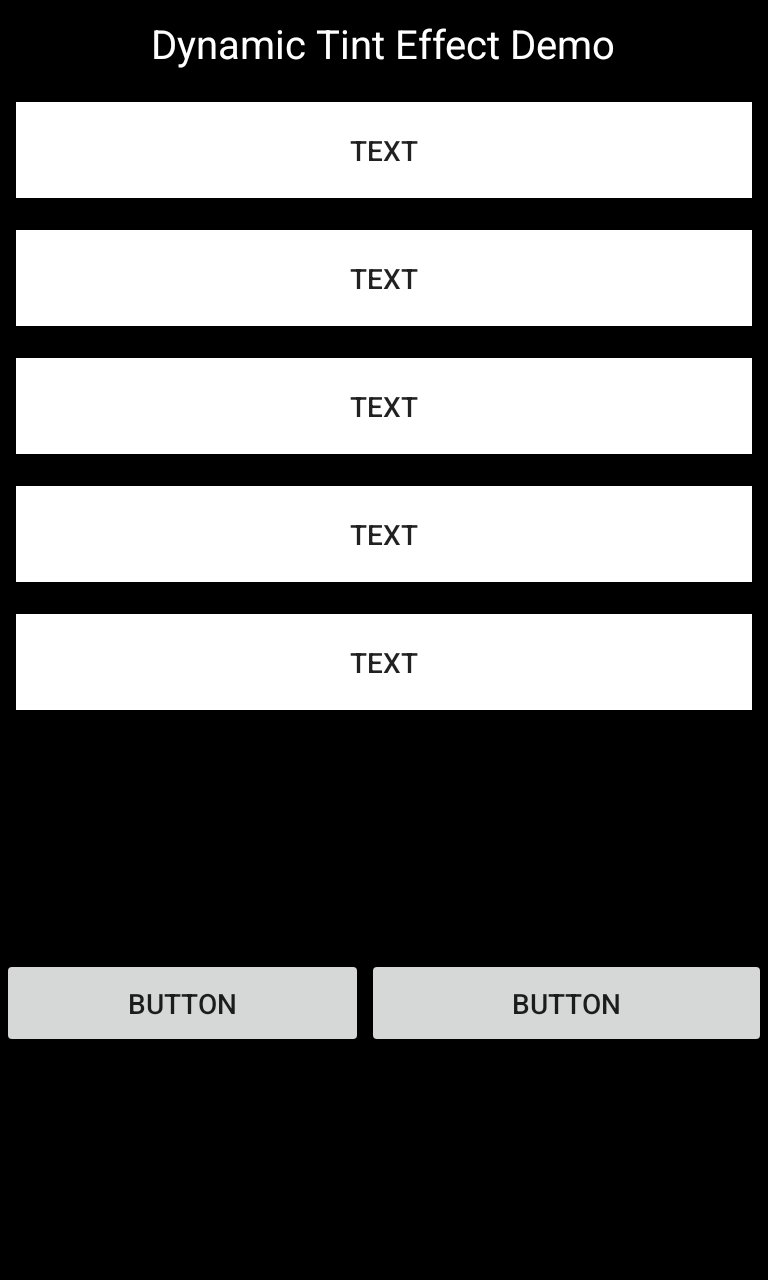
Repository: vipinvkamara/layouts
Layout: tinkchanges/res/layout/activity_main.xml
An editor plug-in stored every save of this project. The layout is shown before and after the next save, followed by the edit.
It is drawn on a 768 x 1280 px phone screen (xhdpi) without system bars, with theme AppTheme; the app's code is not run.

Above is the layout before, as saved 2014-12-08 17:59:36.

### tinkchanges/res/layout/activity_main.xml
<LinearLayout xmlns:android="http://schemas.android.com/apk/res/android"
    xmlns:tools="http://schemas.android.com/tools"
    android:layout_width="match_parent"
    android:layout_height="match_parent"
    android:layout_margin="10dp"
    android:background="#000000"
    android:gravity="top"
    android:orientation="vertical" >

    <TextView
        android:layout_width="wrap_content"
        android:layout_height="wrap_content"
        android:layout_gravity="center"
        android:layout_margin="8dp"
        android:text="Dynamic Tint Effect Demo"
        android:textColor="#ffffff"
        android:textSize="20sp" />

    <Button
        android:id="@+id/button_1"
        android:layout_width="match_parent"
        android:layout_height="wrap_content"
        android:layout_margin="8dp"
        android:background="#ffffff"
        android:text="text" />

    <Button
        android:id="@+id/button_2"
        android:layout_width="match_parent"
        android:layout_height="wrap_content"
        android:layout_margin="8dp"
        android:background="#ffffff"
        android:text="text" />

    <Button
        android:id="@+id/button_3"
        android:layout_width="match_parent"
        android:layout_height="wrap_content"
        android:layout_margin="8dp"
        android:background="#ffffff"
        android:text="text" />

    <Button
        android:id="@+id/button_4"
        android:layout_width="match_parent"
        android:layout_height="wrap_content"
        android:layout_margin="8dp"
        android:background="#ffffff"
        android:text="text" />

    <Button
        android:id="@+id/button_5"
        android:layout_width="match_parent"
        android:layout_height="wrap_content"
        android:layout_margin="8dp"
        android:background="#ffffff"
        android:text="text" />

    <LinearLayout
        android:layout_width="match_parent"
        android:layout_height="wrap_content"
        android:gravity="center"
        android:layout_weight="0.26" >

        <Button
            android:id="@+id/button1"
            android:layout_width="wrap_content"
            android:layout_height="wrap_content"
            android:layout_weight="0.55"
            android:text="Button" />

        <Button
            android:id="@+id/button2"
            android:layout_width="wrap_content"
            android:layout_height="wrap_content"
            android:layout_weight="0.66"
            android:text="Button" />
    </LinearLayout>

</LinearLayout>

Loaded but not shown: tinkchanges/res/values/styles.xml (common file); tinkchanges/res/values-v11/styles.xml (common file); tinkchanges/res/values-v14/styles.xml (common file)

After the next save:
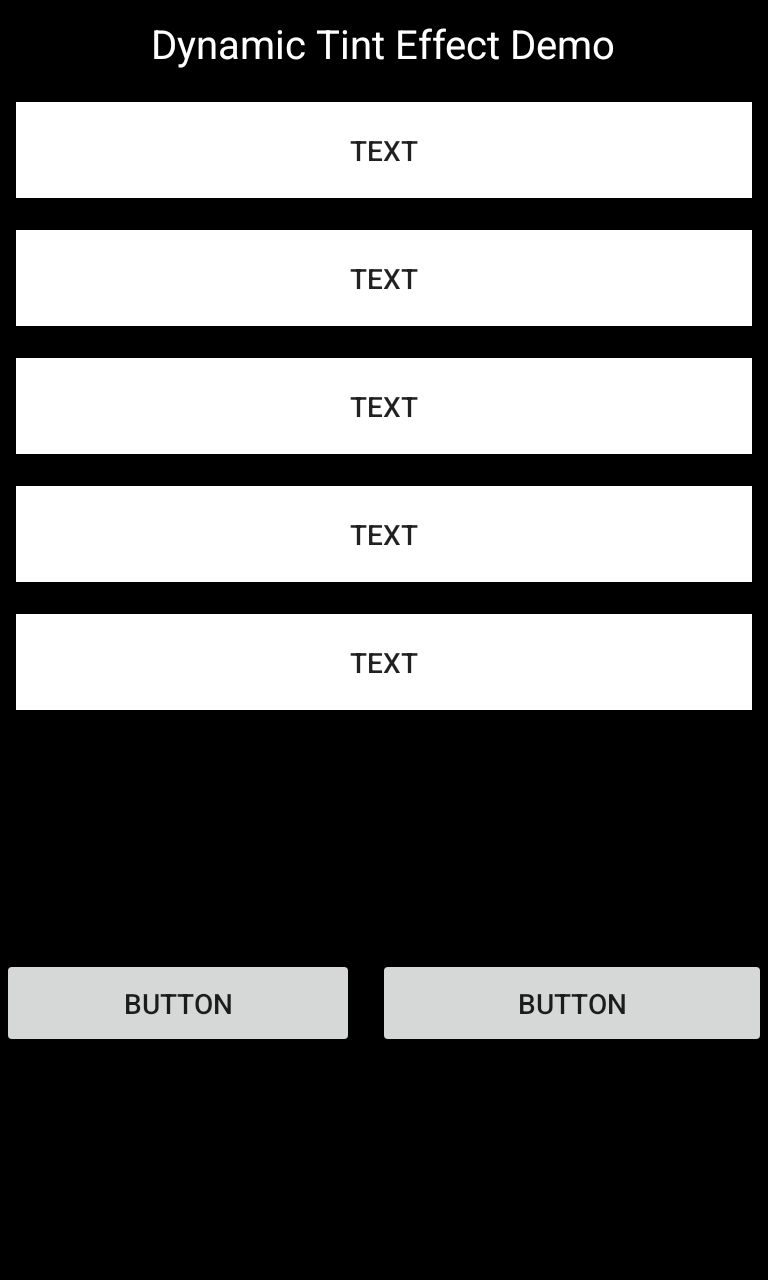
Saved 68 s later.
--- a/tinkchanges/res/layout/activity_main.xml
+++ b/tinkchanges/res/layout/activity_main.xml
@@ -67,6 +67,7 @@
             android:layout_width="wrap_content"
             android:layout_height="wrap_content"
             android:layout_weight="0.55"
+            android:layout_marginRight="10dp"
             android:text="Button" />
 
         <Button
